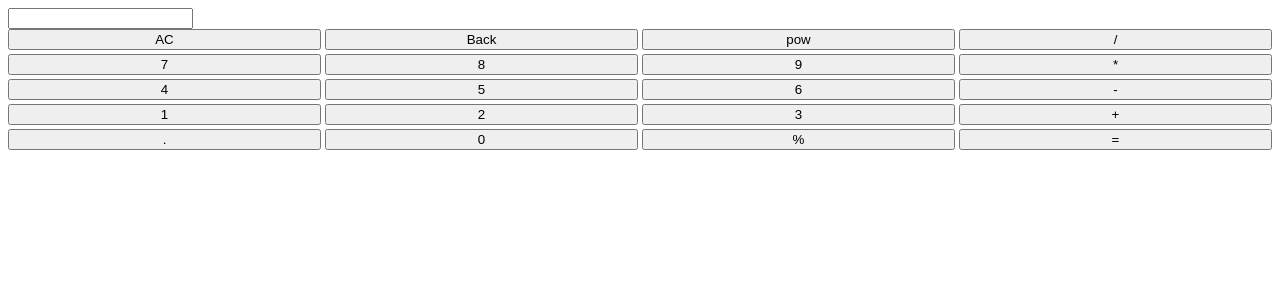
Repository: SakthivelDurai47/calculator
Page: index.html
The author's editor kept a copy of each file at every save. The page is drawn from the files as they stood at one save, then again after the next save.
The browser window is 1280 px wide. The pictures show the whole page.

Above is the page before, as saved 2025-04-13 15:06:19.

### index.html
<!DOCTYPE html>
<html lang="en">
  <head>
    <meta charset="UTF-8" />
    <meta name="viewport" content="width=device-width, initial-scale=1.0" />
    <title>Calculator</title>
    <link rel="stylesheet" href="styles.css" />
  </head>
  <body>
    <div id="calculator">
      <input id="display" readonly />
      <div id="buttons">
        <button onclick="clearDisplay()" class="control">AC</button>
        <button onclick="removeFromDisplay()" class="control">Back</button>
        <button onclick="addToDisplay('**')" class="operator">pow</button>
        <button onclick="addToDisplay('/')" class="operator">/</button>
        <button onclick="addToDisplay('7')">7</button>
        <button onclick="addToDisplay('8')">8</button>
        <button onclick="addToDisplay('9')">9</button>
        <button onclick="addToDisplay('*')" class="operator">*</button>
        <button onclick="addToDisplay('4')">4</button>
        <button onclick="addToDisplay('5')">5</button>
        <button onclick="addToDisplay('6')">6</button>
        <button onclick="addToDisplay('-')" class="operator">-</button>
        <button onclick="addToDisplay('1')">1</button>
        <button onclick="addToDisplay('2')">2</button>
        <button onclick="addToDisplay('3')">3</button>
        <button onclick="addToDisplay('+')" class="operator">+</button>
        <button onclick="addToDisplay('.')">.</button>
        <button onclick="addToDisplay('0')">0</button>
        <button onclick="addToDisplay('%')" class="operator">%</button>
        <button onclick="calculate()" class="operator">=</button>
      </div>
    </div>
    <script src="index.js"></script>
  </body>
</html>

### styles.css
#buttons {
  display: grid;
  grid-template-columns: repeat(4, 1fr);
  gap: 4px;
}

Loaded but not shown: index.js (no stored copy; drawn as an empty file)

After the next save:
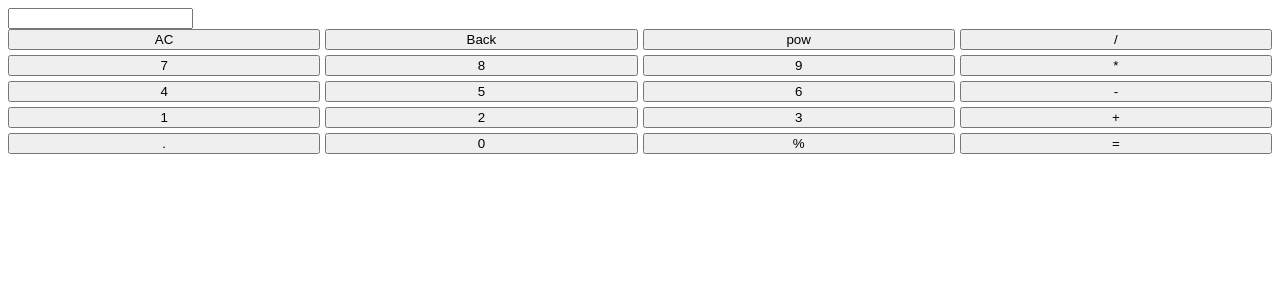
Saved 4 s later.
--- a/styles.css
+++ b/styles.css
@@ -1,5 +1,5 @@
 #buttons {
   display: grid;
   grid-template-columns: repeat(4, 1fr);
-  gap: 4px;
+  gap: 5px;
 }
